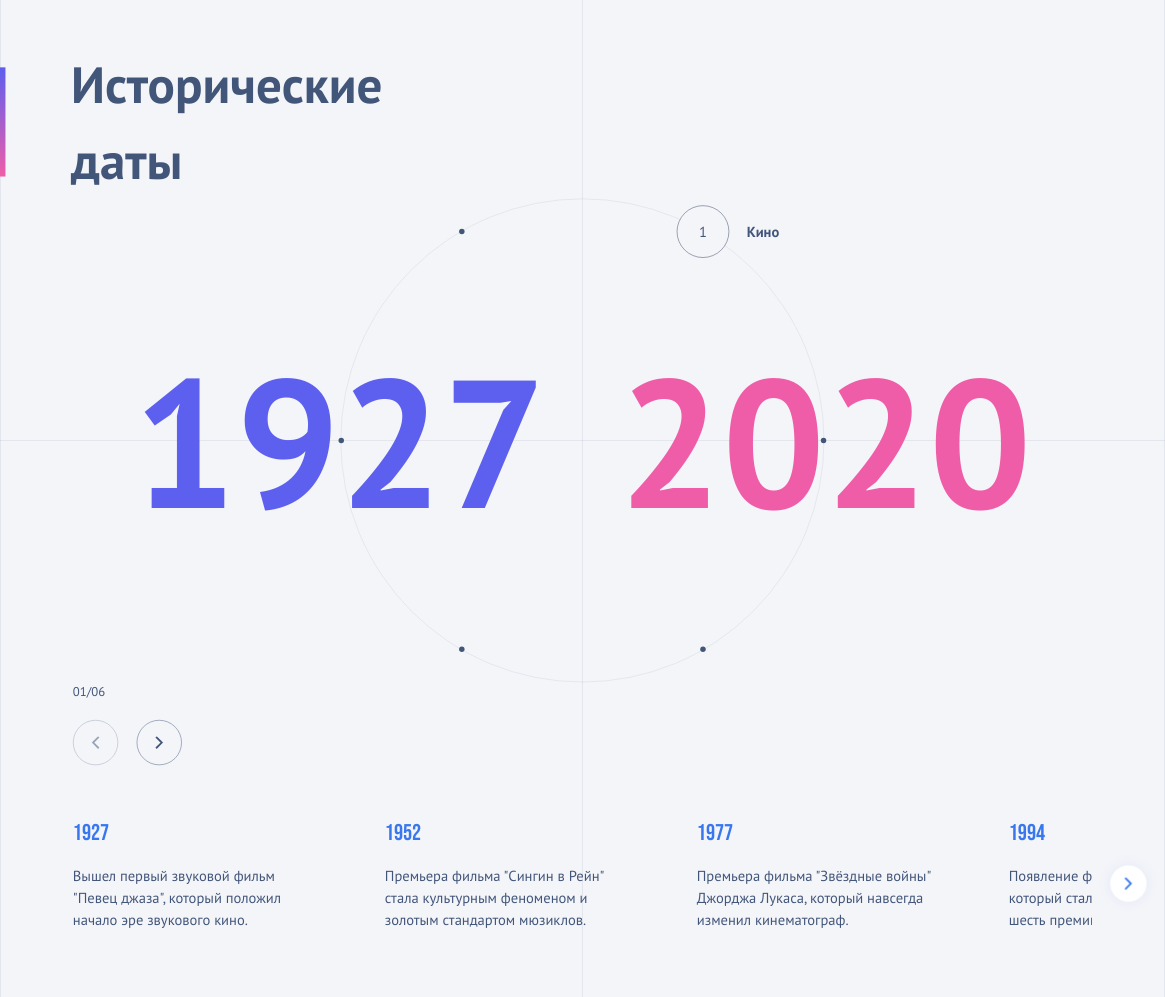
Repository: LenarTulupov/only
Page: /
These files come from the project's save history. The page is drawn as it stood at one moment and after a run of saves; the edit follows.
The browser window is 1280 px wide. The pictures show the whole page, at 91% of full size.
The project was rebuilt for these pictures with package versions that can differ from the ones it lists, and the page was loaded fresh each time.

Above is the page before, as saved 2024-12-19 02:04:18.

After the next 4 saves:
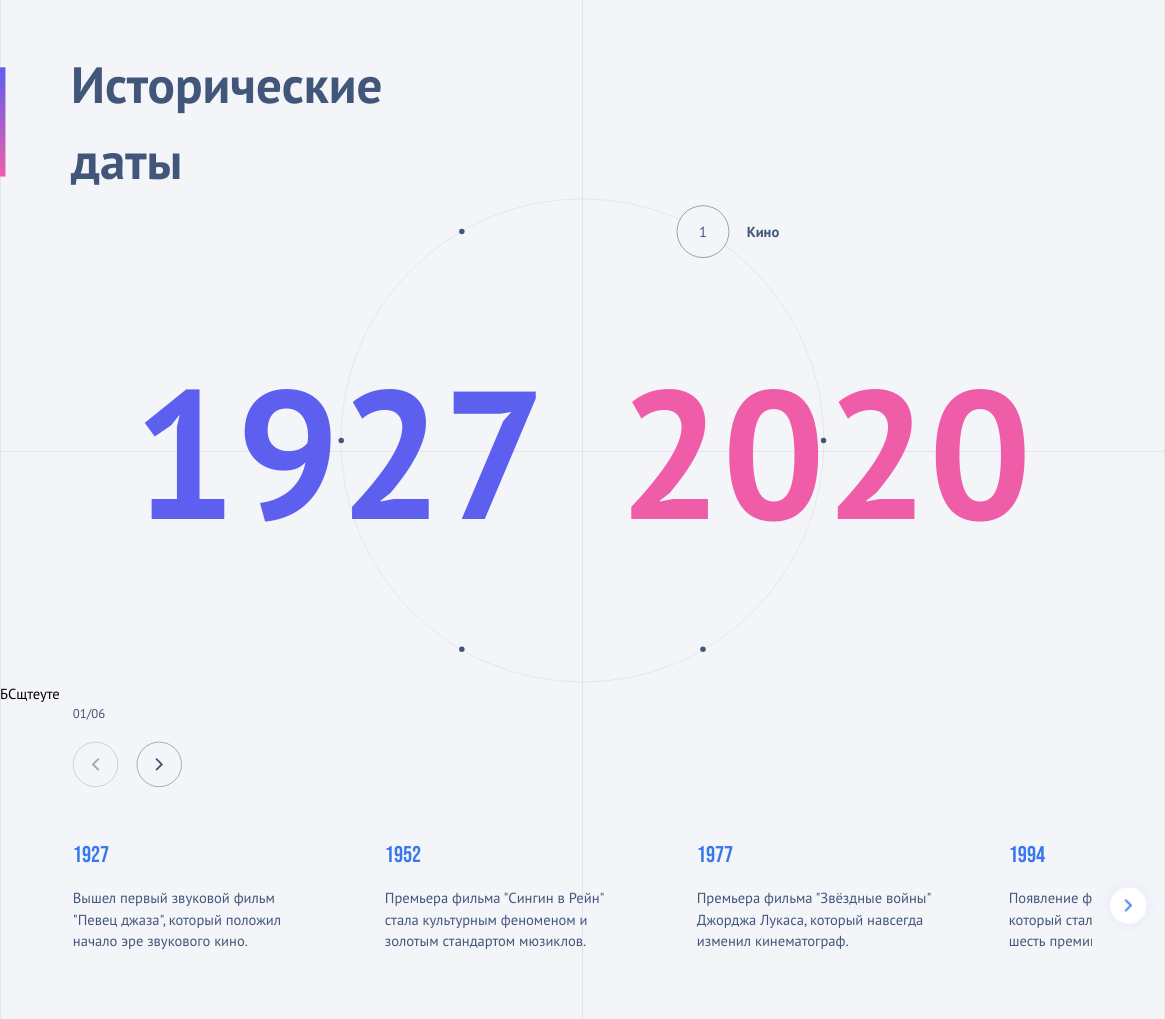
The 4 saves are shown as one change because they came seconds apart.
The last was saved 28 s later.
--- a/src/pages/home/history/history.tsx
+++ b/src/pages/home/history/history.tsx
@@ -29,6 +29,7 @@
           position="horizontal"
           className={styles['history__line-center']}
         />
+        БСщтеуте
         <Dates
           className={styles.history__dates}
           firstDate={firstDate}

After the 2 saves that followed:
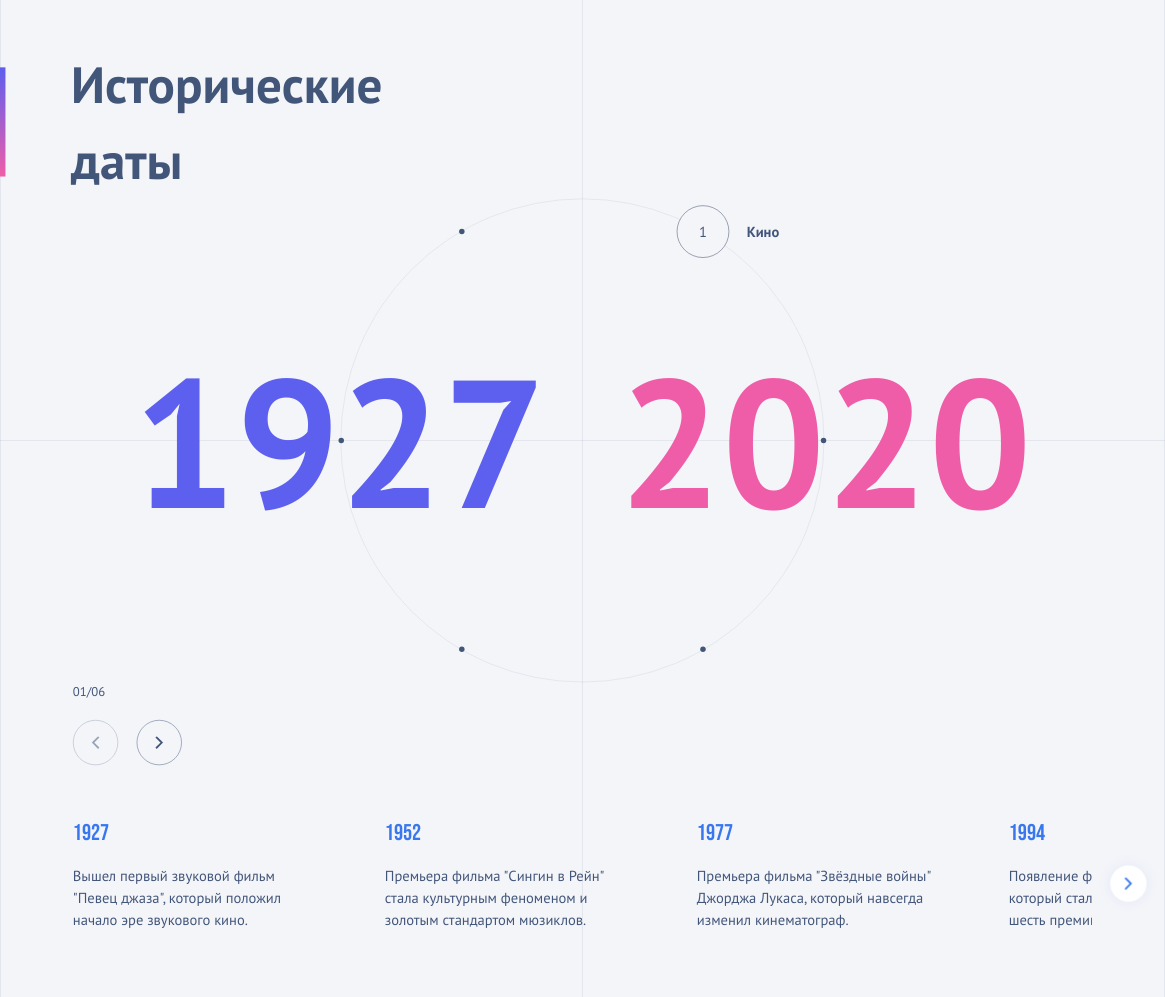
The 2 saves are shown as one change because they came seconds apart.
The last was saved 9 s later.
--- a/src/pages/home/history/history.tsx
+++ b/src/pages/home/history/history.tsx
@@ -29,12 +29,13 @@
           position="horizontal"
           className={styles['history__line-center']}
         />
-        БСщтеуте
-        <Dates
-          className={styles.history__dates}
-          firstDate={firstDate}
-          lastDate={lastDate}
-        />
+        <ContentContainer>
+          <Dates
+            className={styles.history__dates}
+            firstDate={firstDate}
+            lastDate={lastDate}
+          />
+        </ContentContainer>
       </div>
       <ContentContainer>
         <StepNavigation
